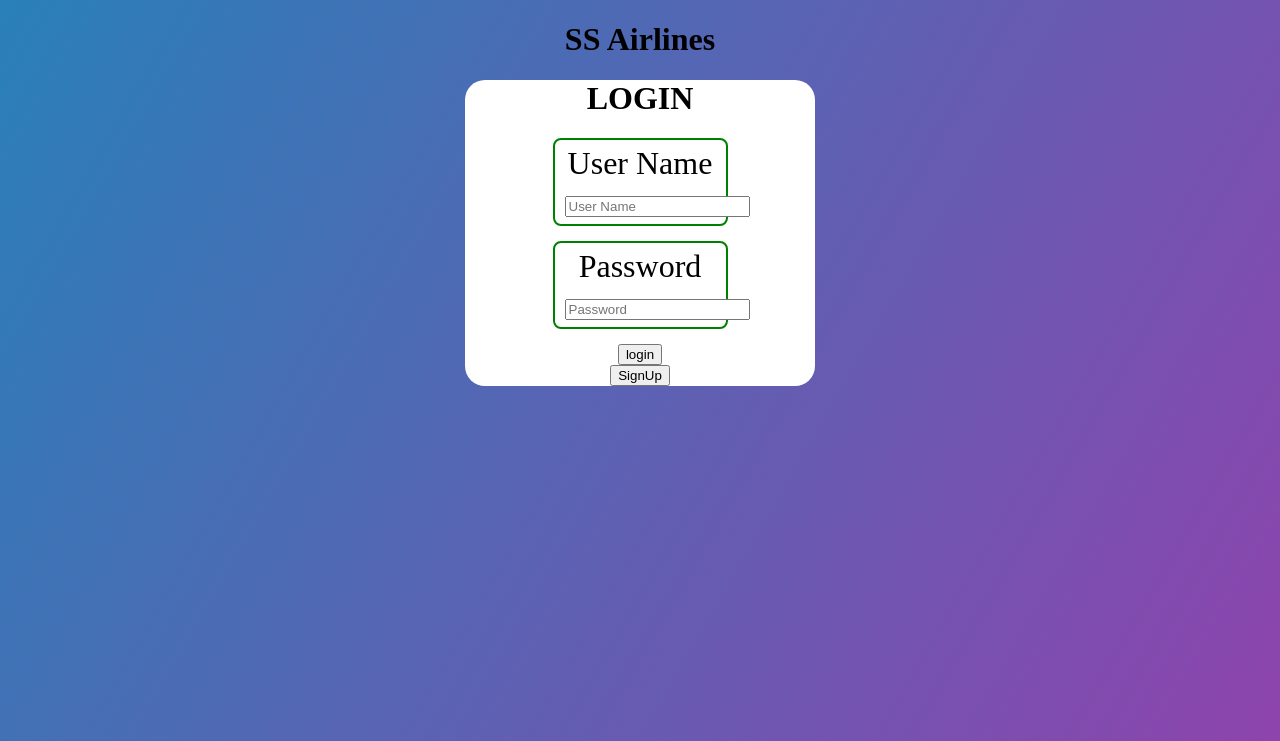
Repository: kalpesh3070/backend2
Page: flyaway/src/main/webapp/index.html
The author's editor kept a copy of each file at every save. The page is drawn from the files as they stood at one save, then again after the next save.
The browser window is 1280 px wide. The pictures show the whole page.

Above is the page before, as saved 2022-11-13 16:00:48.

### flyaway/src/main/webapp/index.html
<!DOCTYPE html>
<html>
<head>
<meta charset="ISO-8859-1">
<title>Insert title here</title>
<link rel="stylesheet" href="index.css">
</head>
<body>
<center>
<div class="head">
<h1>SS Airlines</h1>
</div>
<div class="center">
<h1>LOGIN</h1>
<form action="loginservlet" ></form>

<div class="text_field">
<lable>User Name</lable>
<input type="text" placeholder="User Name" required>

</div>

<div class="text_field">
<lable>Password</lable>
<input type="Password" placeholder="Password" required>

</div>

<div class ="btn"><button type="submit">login</button></div>

<div class="btn"><button href="signup.html">SignUp</button></div>


</div>
</center>
</body>
</html>

### flyaway/src/main/webapp/index.css
@charset "ISO-8859-1";
body{
margin: 0;
padding: 0;
font-family: montserrat;
background: linear-gradient(120deg,#2980b9,#8e44ad);
height: 100vh;
overflow:hidden;
}
.center{
position:center;
top:50%;
left:50%
transform translate(-50% , -50%);
width:350px;
background: white;
border-radius: 20px;
}
.text_field{
	 width: 50%;
    font-size: 2em;
    border: 2px solid green;
    box-shadow: 1px;
    border-radius: 8px;
    padding: 5px 10px;
    box-sizing: border-box;
    margin: 5px 0px 15px;
}

After the next save:
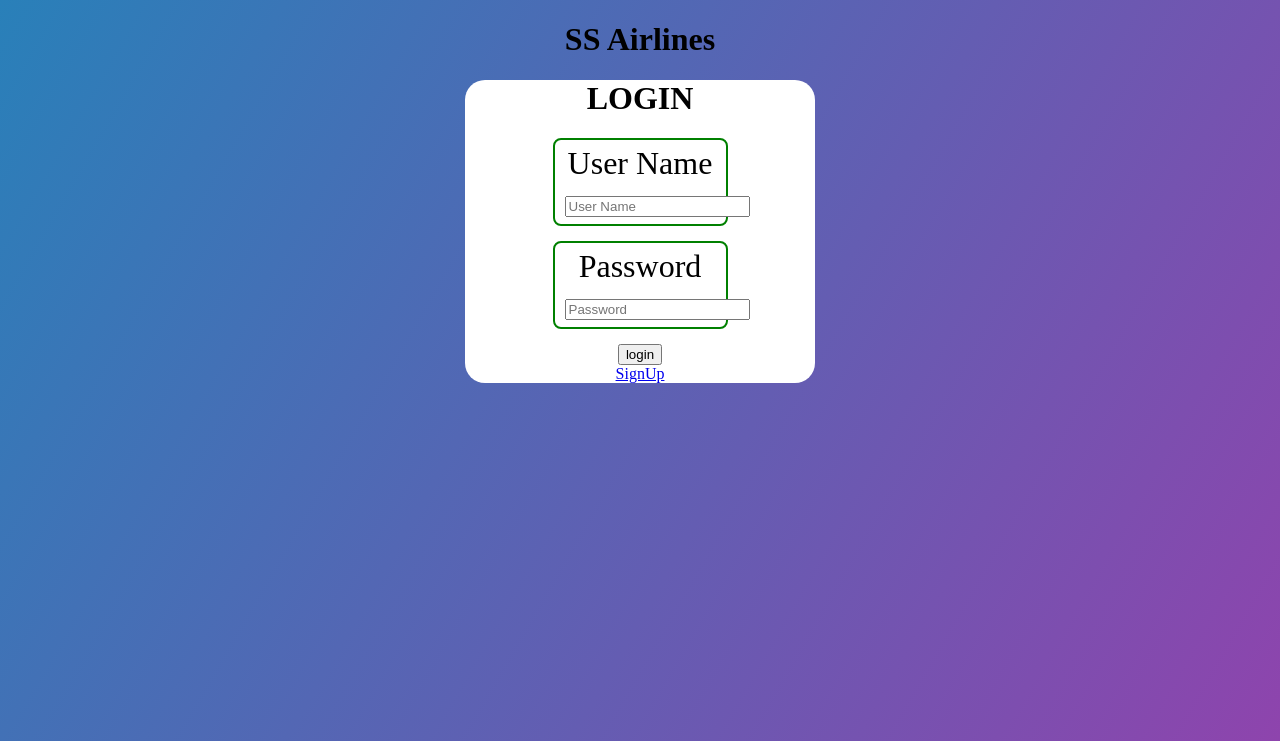
Saved 27 s later.
--- a/flyaway/src/main/webapp/index.html
+++ b/flyaway/src/main/webapp/index.html
@@ -28,7 +28,7 @@
 
 <div class ="btn"><button type="submit">login</button></div>
 
-<div class="btn"><button href="signup.html">SignUp</button></div>
+<div class="signup_link"><a href="http://localhost:8080/flyaway/signup.html">SignUp</a></div>
 
 
 </div>
